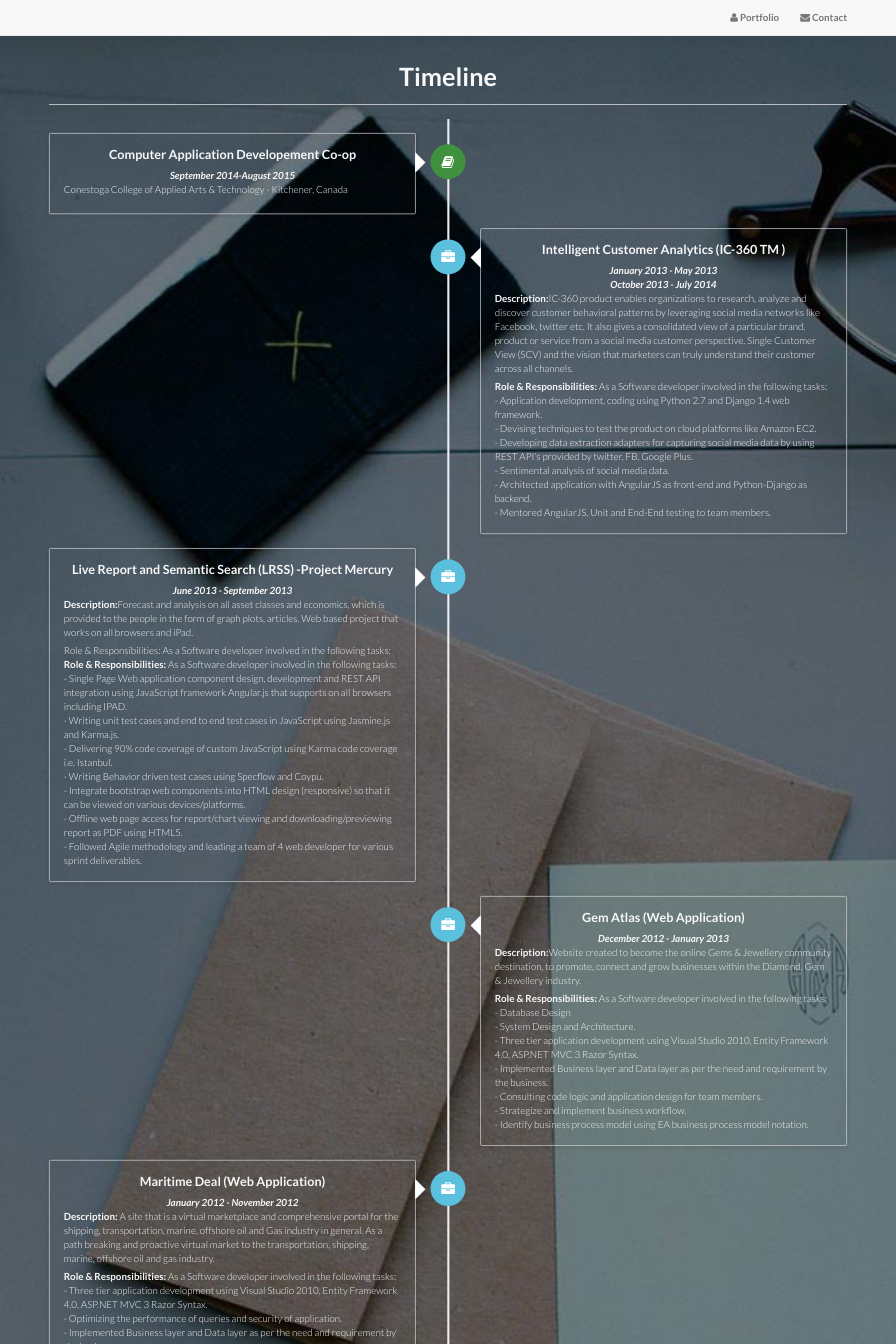
Repository: zahidmak/zahidmak.github.io
Page: portfolio.html
The author's editor kept a record of every edit. The page is drawn from the files as they stood at one moment, then again after the next edit.
The browser window is 1280 px wide. The pictures show the part of the page from y = 0 to 1920 px (the page is 2696 px tall before and 2676 px after), at 70% of full size.

Above is the page before.

After the next edit:
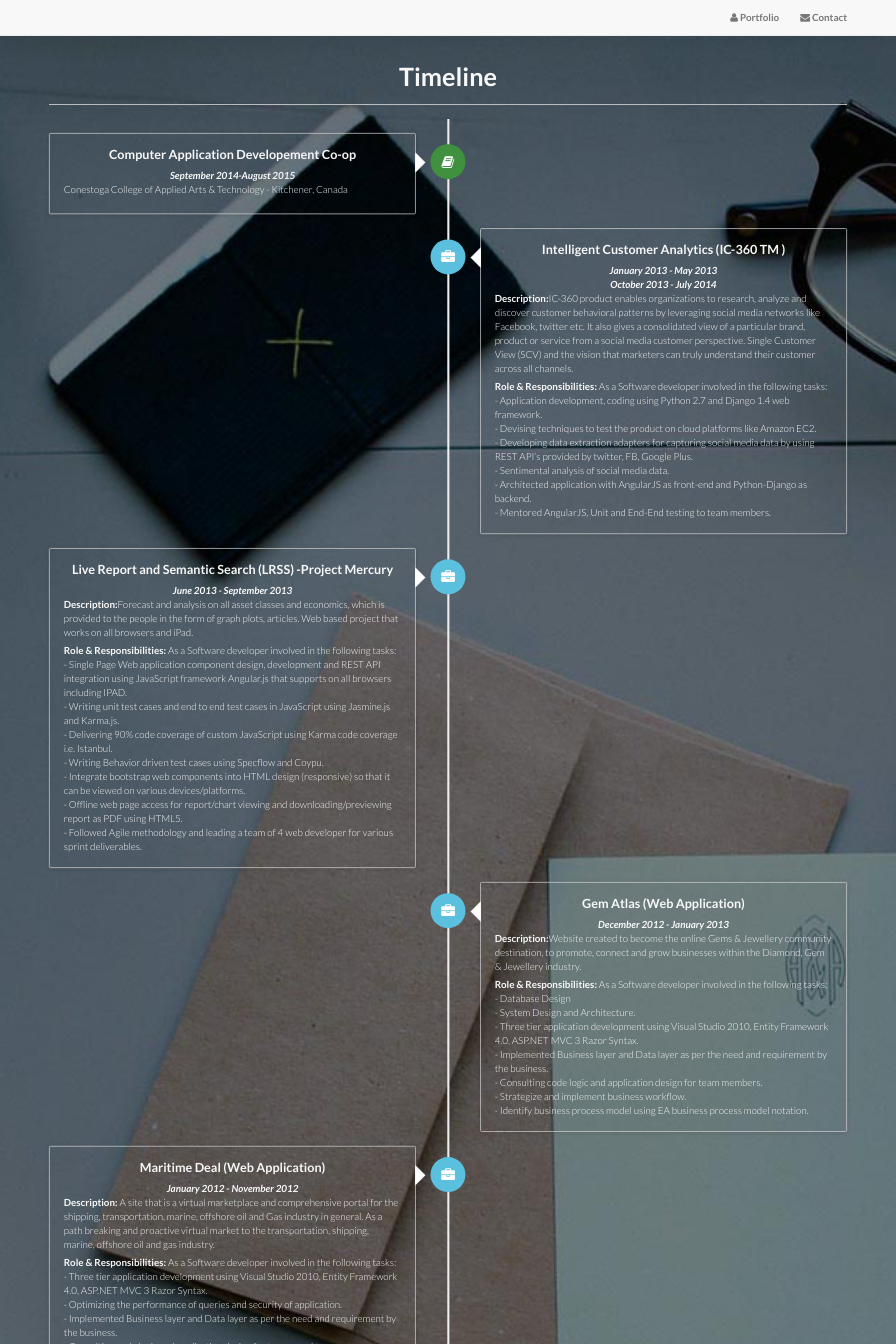
The edit:
--- a/portfolio.html
+++ b/portfolio.html
@@ -149,7 +149,7 @@
                         <div class="timeline-body" style="text-align:left;">
                             <p><b>Description:</b>Forecast and analysis on all asset classes and economics, which is provided to the people in the form of graph plots, articles. Web based project that works on all browsers and iPad.</p>
                             <p>
-                                Role & Responsibilities: As a Software developer involved in the following tasks:
+
                                 <b>Role & Responsibilities:</b> As a Software developer involved in the following tasks:
                                 <br> - Single Page Web application component design, development and REST API integration using JavaScript framework Angular.js that supports on all browsers including IPAD.
                                 <br> - Writing unit test cases and end to end test cases in JavaScript using Jasmine.js and Karma.js.
